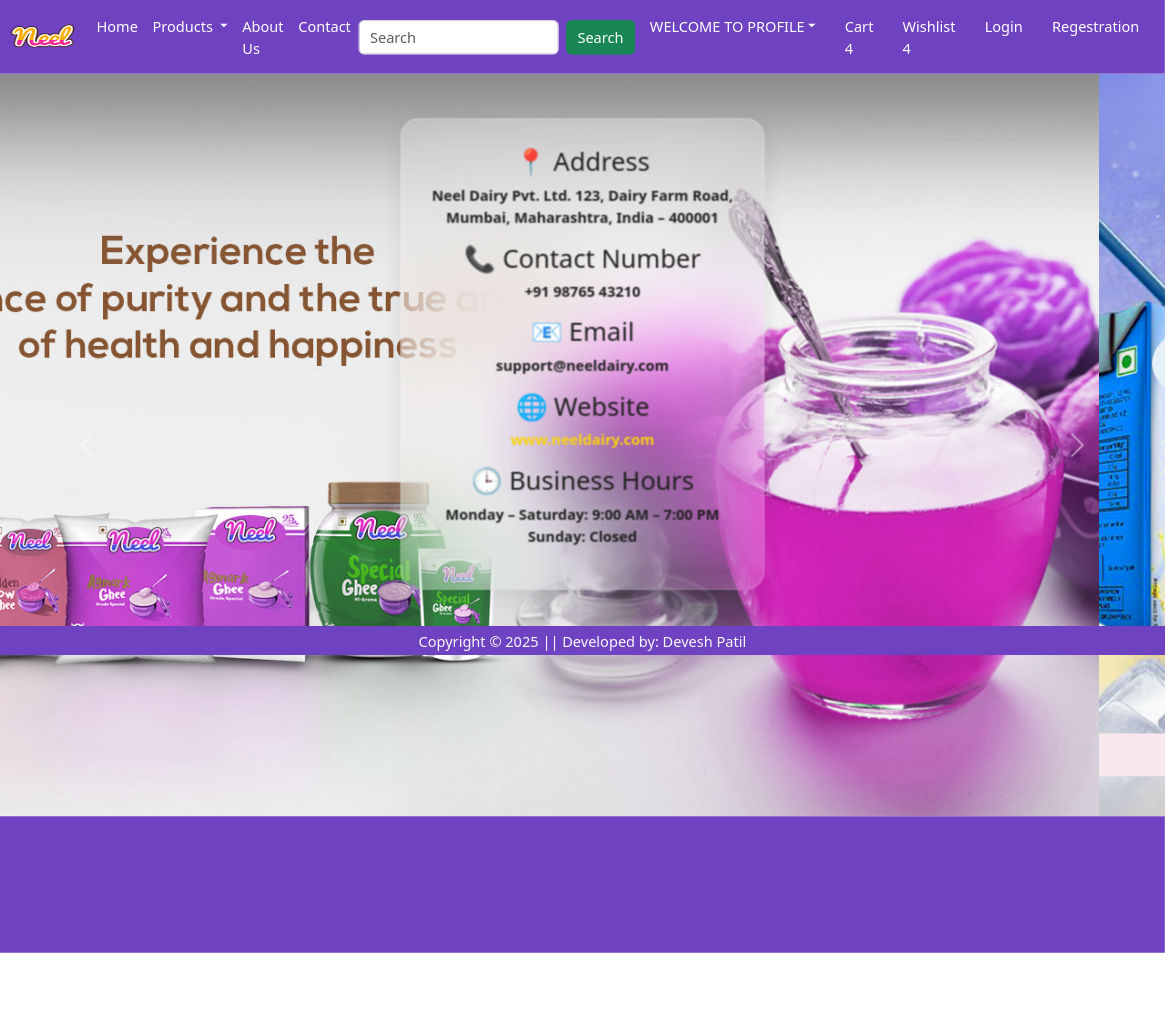
Repository: DeveshPatill/mydjango
Page: http://localhost/contact/
The author's editor kept a copy of each file at every save. The page is drawn from the files as they stood at one save, then again after the next save.
The browser window is 1280 px wide. The pictures show the whole page, at 91% of full size.
The page is served by the project's application, run on Django 5.2 (ec/manage.py).

Above is the page before, as saved 2025-03-23 03:08:20.

After the next save:
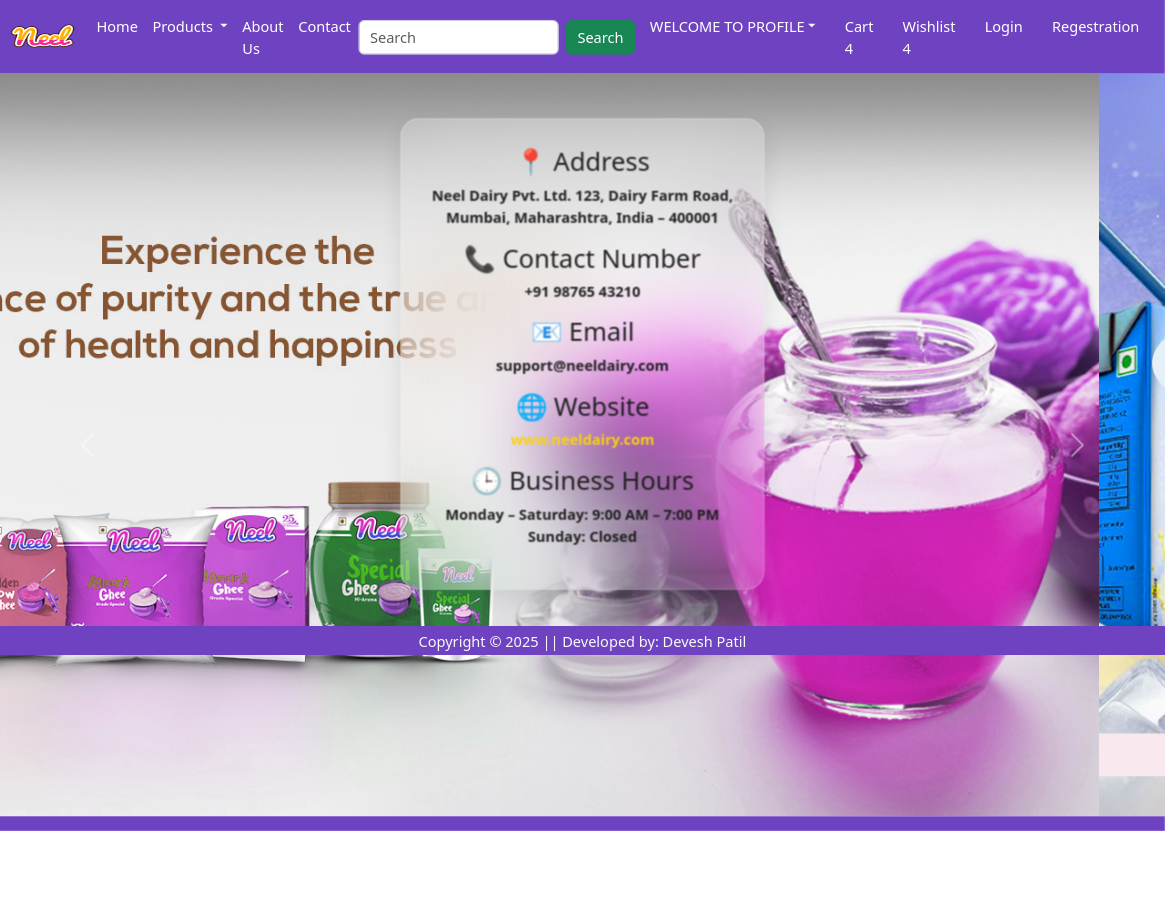
Saved 66 s later.
--- a/ec/app/templates/app/contact.html
+++ b/ec/app/templates/app/contact.html
@@ -90,13 +90,9 @@
     box-shadow: 0 10px 25px rgba(0, 0, 0, 0.1); /* Softer and subtle depth */
     border: 1px solid rgba(255, 255, 255, 0.3); /* Thin border for a frosted look */
     }
-    body { /* Or your main container element */
-    min-height: 100vh;
-}
-
 </style>
 
-<nav class="navbar navbar-expand-lg navbar-dark" style="background-color: #6f42c1; height: 150px;">
+<nav class="navbar navbar-expand-lg navbar-dark" style="background-color: #6f42c1; height: 10px;">
     <div class="container-fluid">
     </div>
 </nav>
